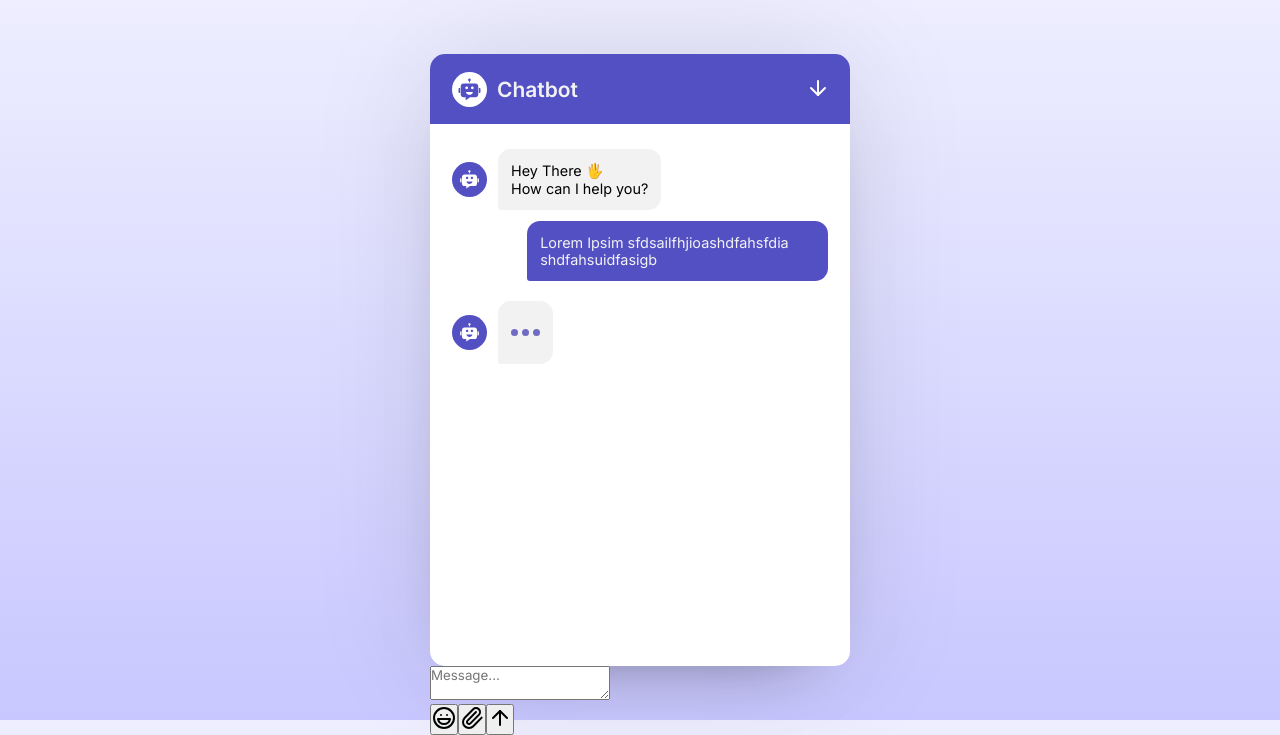
Repository: guilhermecardoso93/ai-bot
Page: /
An editor plug-in stored every save of this project. The page is shown before and after the next save, followed by the edit.
The browser window is 1280 px wide. The pictures show the whole page.
The project was rebuilt for these pictures with package versions that can differ from the ones it lists, and the page was loaded fresh each time. Also part of the build but not shown: vite.config.js.

Above is the page before, as saved 2024-11-12 19:50:37.

After the next save:
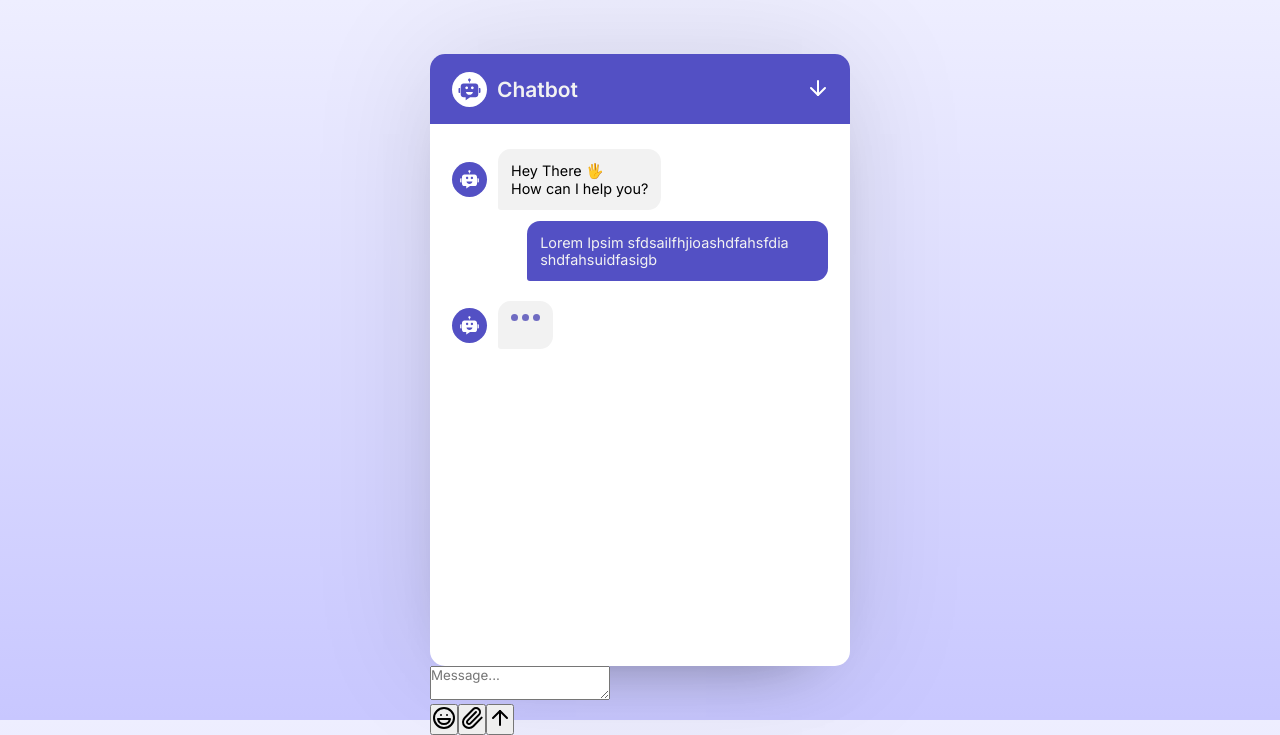
Saved 9 s later.
--- a/src/index.css
+++ b/src/index.css
@@ -146,7 +146,7 @@ body {
 .chat-body .bot-message .thinking-indicator {
   display: flex;
   gap: 4px;
-  padding-block: 15px;
+  padding-block: 0 15px;
 }
 
 .chat-body .bot-message .thinking-indicator .dot {
